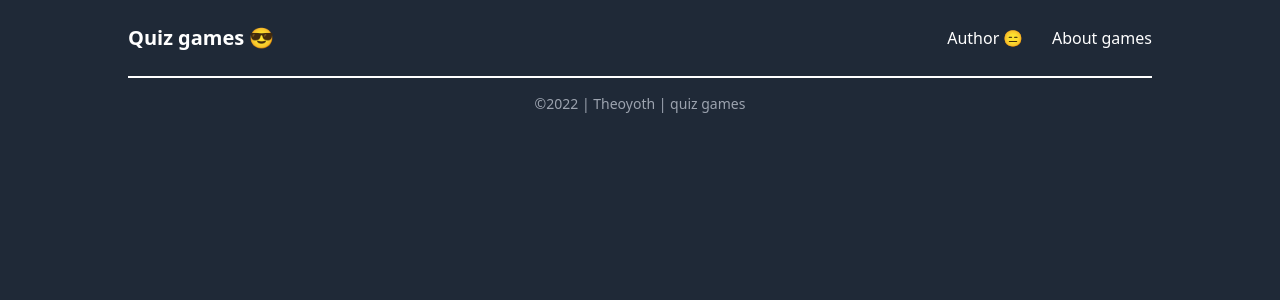
Repository: theoyoth/quiz-game
Page: /game
The author's editor kept a copy of each file at every save. The page is drawn from the files as they stood at one save, then again after a run of saves.
The browser window is 1280 px wide. The pictures show the whole page.
The page's requests for data from a server got no answer. The project was rebuilt for these pictures with package versions that can differ from the ones it lists, and the page was loaded fresh each time. The framework's server and built-in components were replaced by stand-ins that run in the browser. No one was signed in, and anything a server would have sent is missing. Also part of the build but not shown: nuxt.config.js, components/EndPage.vue, layouts/404.vue, layouts/error.vue, layouts/errorLayout.vue.

Above is the page before, as saved 2022-06-14 19:51:26.

After the next 2 saves:
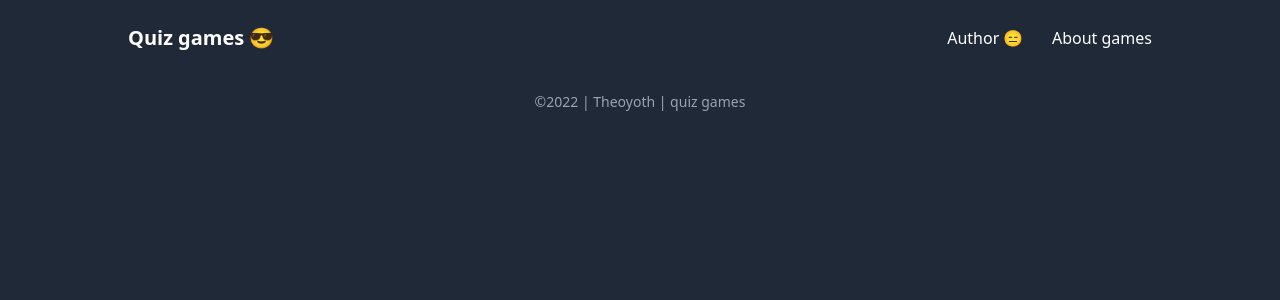
The 2 saves are shown as one change because they came seconds apart.
The last was saved 36 s later.
--- a/pages/game.vue
+++ b/pages/game.vue
@@ -1,7 +1,7 @@
 <template>
   <div  class="mt-6">
     <Loading v-if="$fetchState.pending"/>
-    <div v-else class="w-full border border-white border-1 grid grid-cols-1 place-items-center">
+    <div v-else class="w-full grid grid-cols-1 place-items-center">
       <div v-for="(q,index) in allQuestions" :key="index" class="mb-4 w-2/5">
         <div class="p-6 bg-gray-600 rounded-lg text-center">
           <h1 class="text-lg font-semibold"><span>{{index+1}}. </span>{{q.question}}</h1>
